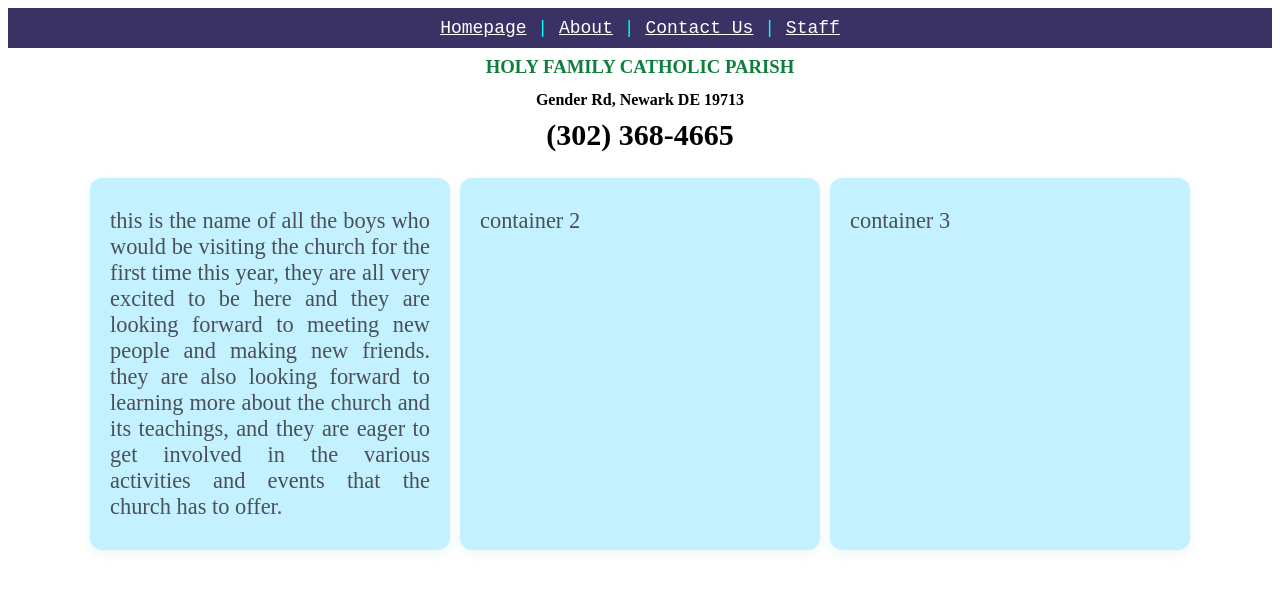
Repository: ficotims/HTML-RESTART
Page: Homepage.html
These files come from the project's save history. The page is drawn as it stood at one moment and after the next save; the edit follows.
The browser window is 1280 px wide. The pictures show the whole page.

Above is the page before, as saved 2026-02-10 23:04:11.

### Homepage.html
<!doctype html>
<html lang="en">
  <head>
    <meta charset="UTF-8" />
    <meta name="viewport" content="width=device-width, initial-scale=1.0" />
      <title>HTML Crash course with Iman Musa</title>
    <link rel="stylesheet" href="Style 1.css"/>

      </head>
<body

     <!-- NAVIGATION SECTION -->
        <div style="background-color: rgb(58, 49, 100); padding: 10px; text-align: center; color: aqua; font-size: 18px; font-family: monospace, Lemon milk;">
    <a href="Homepage.html" target="_top" style="color: white;">Homepage</a> |
    <a href="about.html" style="color: white;">About</a> | <a href="Contact us.html" style="color: white;">Contact Us</a> |
    <a href="staff.html" style="color: white;">Staff</a>
     </div>

 <div style="text-align: center;">
    <h3><span style="color: rgb(14, 126, 61);"><div style="line-height: 0;">HOLY FAMILY CATHOLIC PARISH</b></span></h3>
    <H4 span style="line-height: 1.5;">Gender Rd, Newark DE 19713 <br><span style="font-size: 30px;">(302) 368-4665</span></sapn></H4>

 </div>



 <!-- CONTAINERS -->
  <div class="container">
  <div class="box">
    this is the name of all the boys who would be visiting the church for the first time this year, they are all very excited to be here and they are looking forward to meeting new people and making new friends. they are also looking forward to learning more about the church and its teachings, and they are eager to get involved in the various activities and events that the church has to offer.
  </div>
  <div class="box">
    container 2
  </div>
  <div class="box">
    container 3
  </div>
</div>

  </body>
</html>

### Style 1.css
.carton
{padding: 10px;
border: 1px solid #aed1e6;
margin: 50px;}

.container {
  max-width: 1100px;
  margin: 0 auto;
    display: flex;              /* ← this is the magic line */
  gap: 10px;                  /* space between boxes */
  flex-wrap: wrap;            /* boxes go to next line on small screens */
  justify-content: center;    /* centers the whole row if fewer than 3 fit */
}

.box {
  flex: 1;             /* each box grows equally */
  min-width: 220px;    /* prevents them from becoming too narrow */
  background: #c4f1ff;
  border: 0px solid #1f7965;
  border-radius: 12px;
  padding: 30px 20px;
  text-align: justify;
  font-size: 1.4rem;
  font-weight: 100;
  color: #495057;
  box-shadow: 0 4px 12px rgba(55, 146, 139, 0.08);
}

/* Optional: hover effect */
.box:hover {
  transform: translateY(-6px);
  box-shadow: 0 12px 28px rgba(0,0,0,0.14);
}

After the next save:
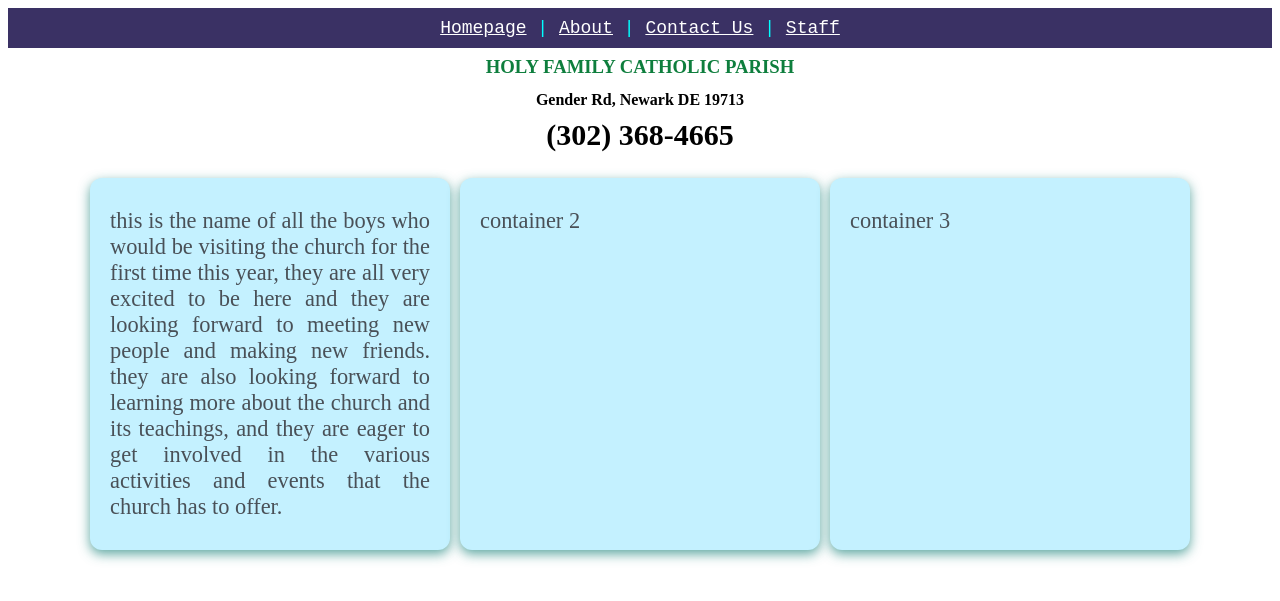
Saved 8 s later.
--- a/Style 1.css
+++ b/Style 1.css
@@ -23,7 +23,7 @@ margin: 50px;}
   font-size: 1.4rem;
   font-weight: 100;
   color: #495057;
-  box-shadow: 0 4px 12px rgba(55, 146, 139, 0.08);
+  box-shadow: 0 4px 12px rgba(55, 146, 139, 0.808);
 }
 
 /* Optional: hover effect */
